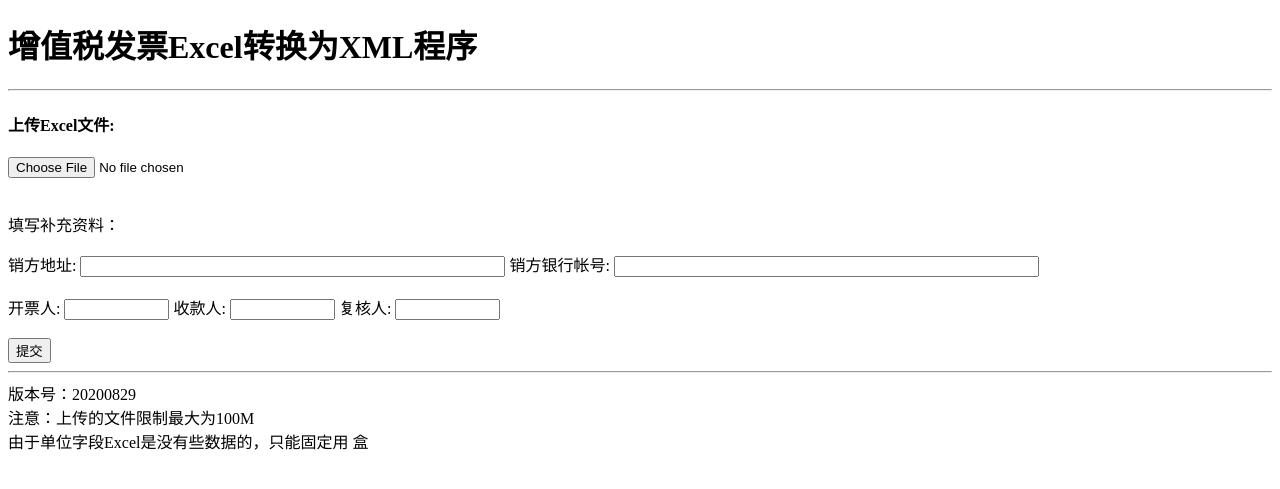
Repository: SFGuile/learnSpringapp
Page: http://localhost/demo/home.jsp
The author's editor kept a copy of each file at every save. The page is drawn from the files as they stood at one save, then again after the next save.
The browser window is 1280 px wide. The pictures show the whole page.
The page is served by Tomcat 9. Other server files are loaded and not shown.

Above is the page before, as saved 2020-08-28 02:31:31.

### demo/src/main/webapp/home.jsp
<%@ page language="java" contentType="text/html; charset=UTF-8"
    pageEncoding="UTF-8"%>
<!DOCTYPE html>
<html>
<head>

<meta charset="UTF-8">
<title>增值税发票Excel转换为XML程序</title>
</head>
<body>



 <h1>增值税发票Excel转换为XML程序</h1>
  <hr/>
  <h4>上传Excel文件:</h4>
  <form method="POST" action="uploadfile"  enctype="multipart/form-data">
    <input type="file" name="file"  accept=".xls"/> <br/><br/>
    <p>填写补充资料：</p>
     <label for="fname">销方地址:</label>
     <input type="text" id="address" name="address" size="50">
     <label for="lname">销方银行帐号:</label>
     <input type="text" id="bankaccount" name="bankaccount" size="50"><br/><br/>
     <label for="lname">开票人:</label>
     <input type="text" id="kpr" name="kpr" size="10">
      <label for="lname">收款人:</label>
     <input type="text" id="skr" name="skr" size="10">
      <label for="lname">复核人:</label>
     <input type="text" id="fhr" name="fhr" size="10"><br/><br/>
    <button type="submit">提交</button>
  </form>
  <hr/>
  <div>
    ${message}
  </div>

   <div>

  </div>





</body>
</html>

版本号：20200829</br>
注意：上传的文件限制最大为100M</br>
由于单位字段Excel是没有些数据的，只能固定用 盒

After the next save:
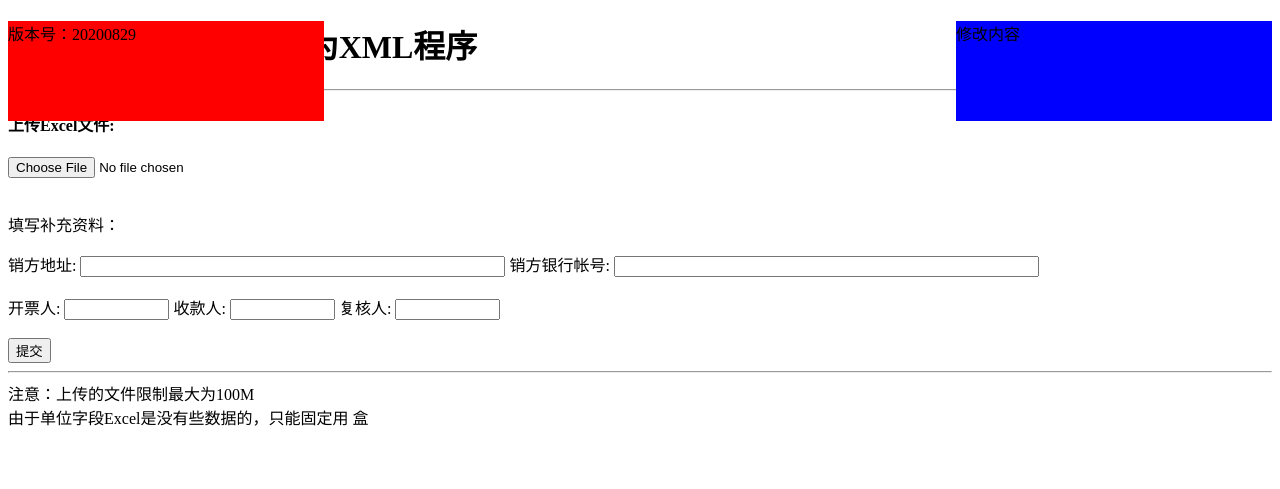
Saved 22 h 56 min later.
--- a/demo/src/main/webapp/home.jsp
+++ b/demo/src/main/webapp/home.jsp
@@ -5,11 +5,19 @@
 <head>
 
 <meta charset="UTF-8">
-<title>增值税发票Excel转换为XML程序</title>
+<title>增值税发票Excel转换为XML程序（测试版）</title>
 </head>
 <body>
 
+ <div style="position: relative;width:100%;">
+    <div style="position:absolute;left:0px;background-color:red;width:25%;height:100px;">
+                    版本号：20200829
+    </div>
 
+    <div style="position:absolute;right:0px;background-color:blue;width:25%;height:100px;">
+                  修改内容
+    </div>
+</div>
 
  <h1>增值税发票Excel转换为XML程序</h1>
   <hr/>
@@ -44,7 +52,5 @@
 
 </body>
 </html>
-
-版本号：20200829</br>
 注意：上传的文件限制最大为100M</br>
 由于单位字段Excel是没有些数据的，只能固定用 盒
